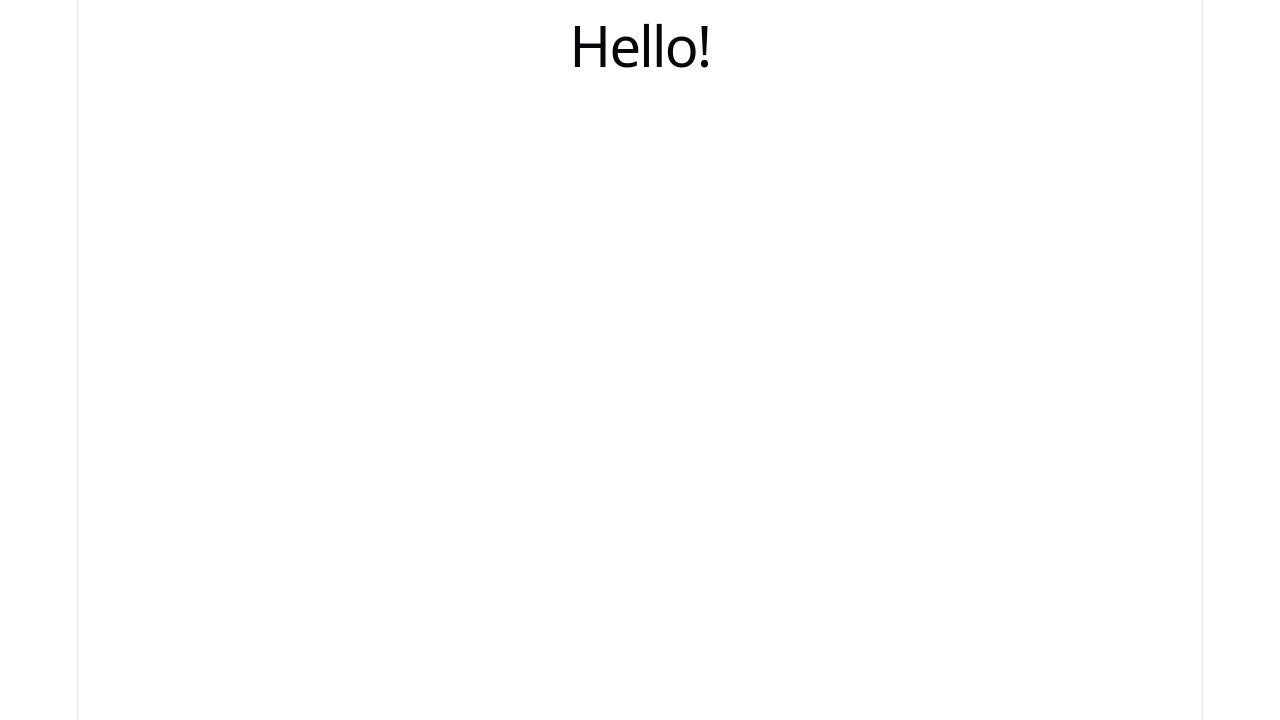
Repository: Gulzarokz/React_Course_Review
Page: / (app in vite-Project/)
An editor plug-in stored every save of this project. The page is shown before and after the next save, followed by the edit.
The browser window is 1280 px wide. The pictures show the whole page.
The project was rebuilt for these pictures with package versions that can differ from the ones it lists, and the page was loaded fresh each time. Also part of the build but not shown: vite-Project/vite.config.js, vite-Project/src/App.css.

Above is the page before, as saved 2026-04-20 11:42:04.

After the next save:
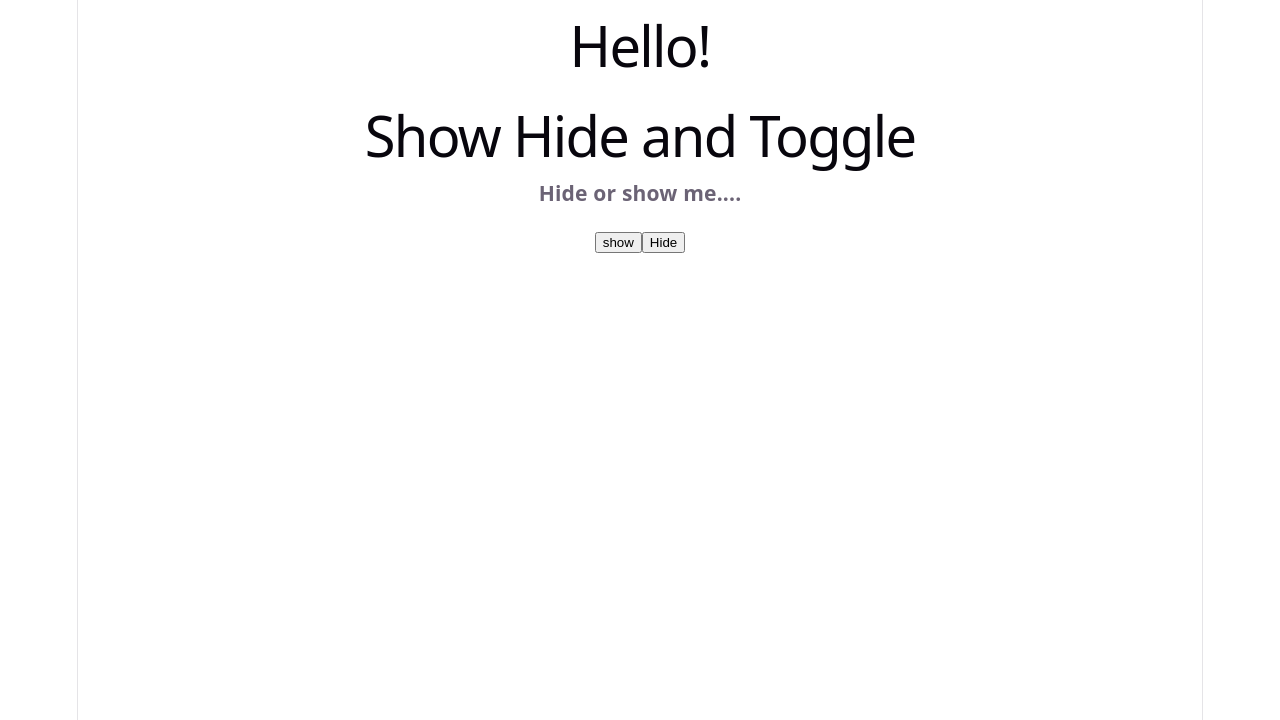
Saved 13 s later.
--- a/vite-Project/src/App.jsx
+++ b/vite-Project/src/App.jsx
@@ -1,4 +1,5 @@
 import './App.css';
+import ShowHideAndToggle from './showHideAndToggle';
 
 
 function App() {
@@ -6,7 +7,7 @@ function App() {
   return (
     <>
       <h1>Hello!</h1>
-
+      <ShowHideAndToggle />
 
 
     </>
